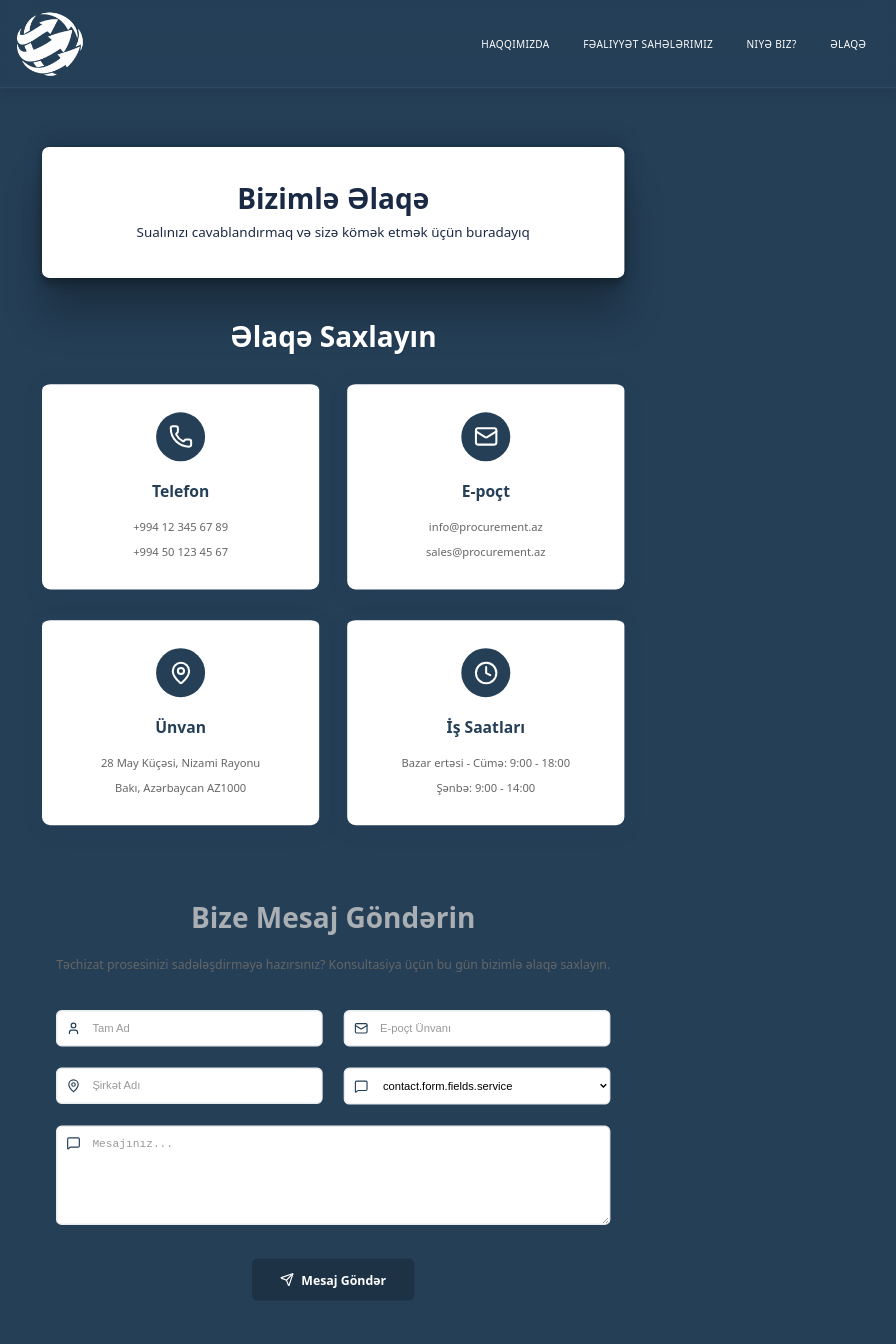
Repository: ferhadsultan98/primetradegroup
Page: /contact
The author's editor kept a copy of each file at every save. The page is drawn from the files as they stood at one save, then again after the next save.
The browser window is 1280 px wide. The pictures show the part of the page from y = 0 to 1920 px (the page is 2862 px tall), at 70% of full size.
The page's requests for data from a server got no answer. The project was rebuilt for these pictures with package versions that can differ from the ones it lists, and the page was loaded fresh each time. No one was signed in, and anything a server would have sent is missing. Also part of the build but not shown: vite.config.js, src/Components/Mainlayout/MainLayout.scss, src/Pages/Home/HomeSection.scss, src/Pages/Home/TestimonialSection/TestimonialSection.jsx, src/Pages/Home/CTASection/CTASection.scss, src/Pages/Home/CTASection/CTASection.jsx, src/Pages/Home/ProcessSection/ProcessSection.scss, src/Pages/Home/ProcessSection/ProcessSection.jsx and 25 more.

Above is the page before, as saved 2025-08-05 22:19:38.

After the next save:
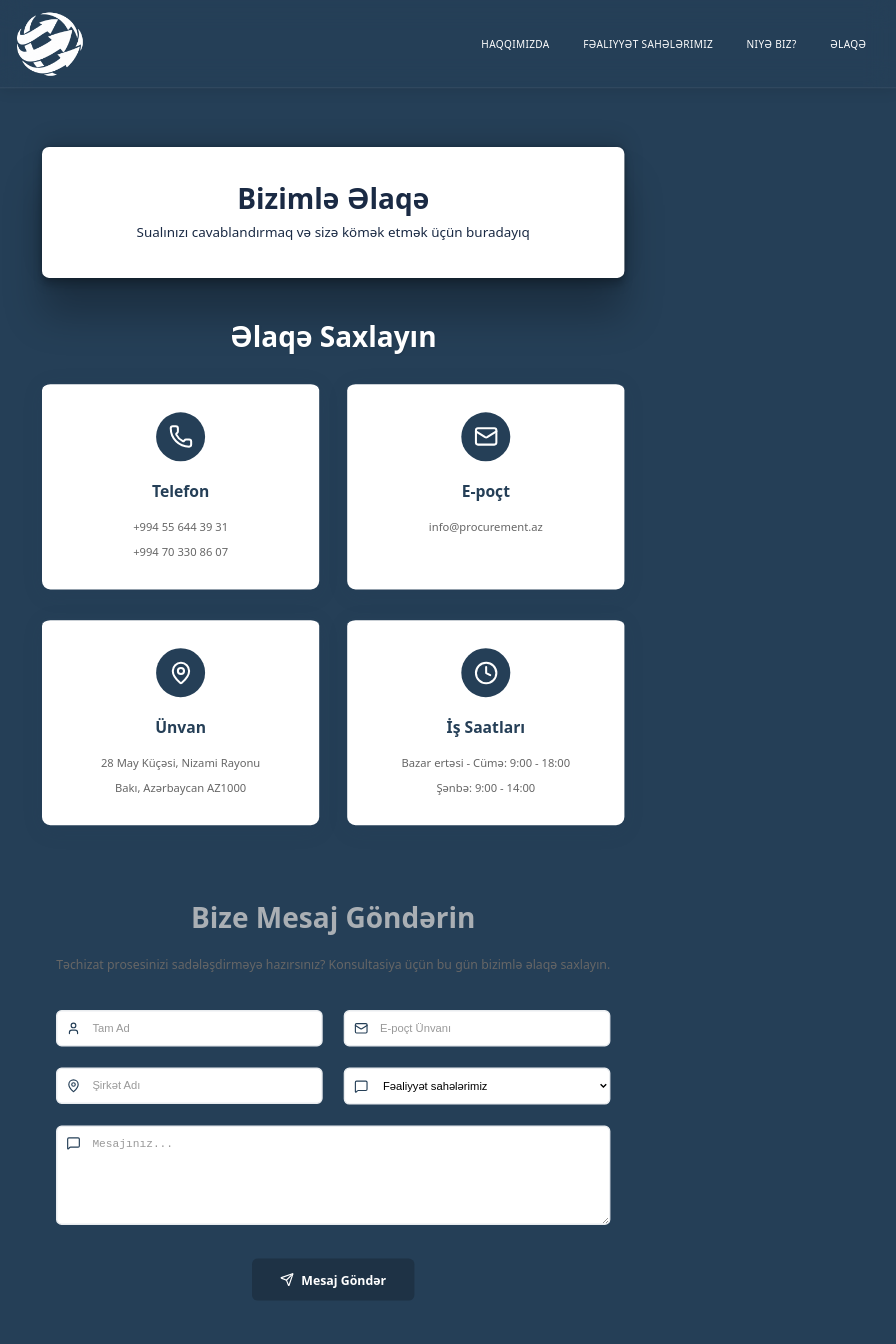
Saved 107 min 25 s later.
--- a/src/Pages/Contact/Contact.jsx
+++ b/src/Pages/Contact/Contact.jsx
@@ -109,8 +109,8 @@ const ContactSection = () => {
                 <Phone className="contactIcon" />
               </div>
               <div className="contactTitle">{t("contact.info.phone.title")}</div>
-              <div className="contactText">{t("contact.info.phone.number1")}</div>
-              <div className="contactText">{t("contact.info.phone.number2")}</div>
+              <div className="contactText">+994 55 644 39 31</div>
+              <div className="contactText">+994 70 330 86 07</div>
             </div>
 
             <div className="contactInfoCard">
@@ -119,7 +119,7 @@ const ContactSection = () => {
               </div>
               <div className="contactTitle">{t("contact.info.email.title")}</div>
               <div className="contactText">{t("contact.info.email.address1")}</div>
-              <div className="contactText">{t("contact.info.email.address2")}</div>
+              {/* <div className="contactText">{t("contact.info.email.address2")}</div> */}
             </div>
 
             <div className="contactInfoCard">
@@ -207,7 +207,8 @@ const ContactSection = () => {
                       required
                     >
                       <option value="" disabled>
-                        {t("contact.form.fields.service")}
+                        {/* {t("contact.form.fields.service")} */}
+                        Fəaliyyət sahələrimiz
                       </option>
                       <option value="Təmizlik Məhsulları">Təmizlik Məhsulları</option>
                       <option value="Mebel">Mebel</option>
